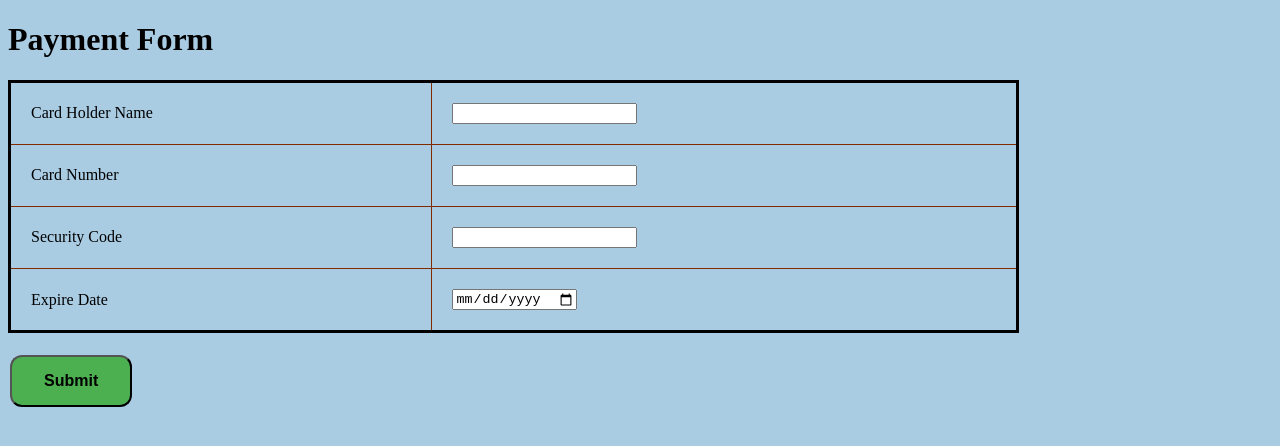
Repository: sandeepa9803/OOP---Online-Travel-web-application
Page: http://localhost/PaymentNew/paymentInfo.jsp
An editor plug-in stored every save of this project. The page is shown before and after the next save, followed by the edit.
The browser window is 1280 px wide. The pictures show the whole page.
The page is served by Tomcat 9.

Above is the page before, as saved 2021-10-11 17:52:08.

After the next save:
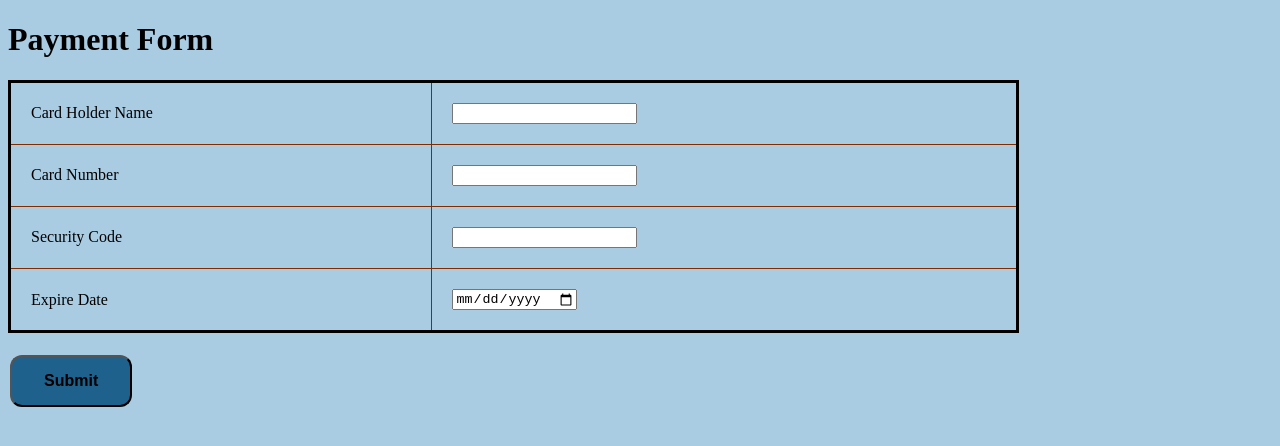
Saved 3 min 4 s later.
--- a/PaymentNew/WebContent/paymentInfo.jsp
+++ b/PaymentNew/WebContent/paymentInfo.jsp
@@ -25,7 +25,7 @@ th, td {
 
 
 .button {
-  background-color: #4CAF50;
+  background-color: #1F618D ;
   border: 1;
   color: black;
   padding: 15px 32px;
